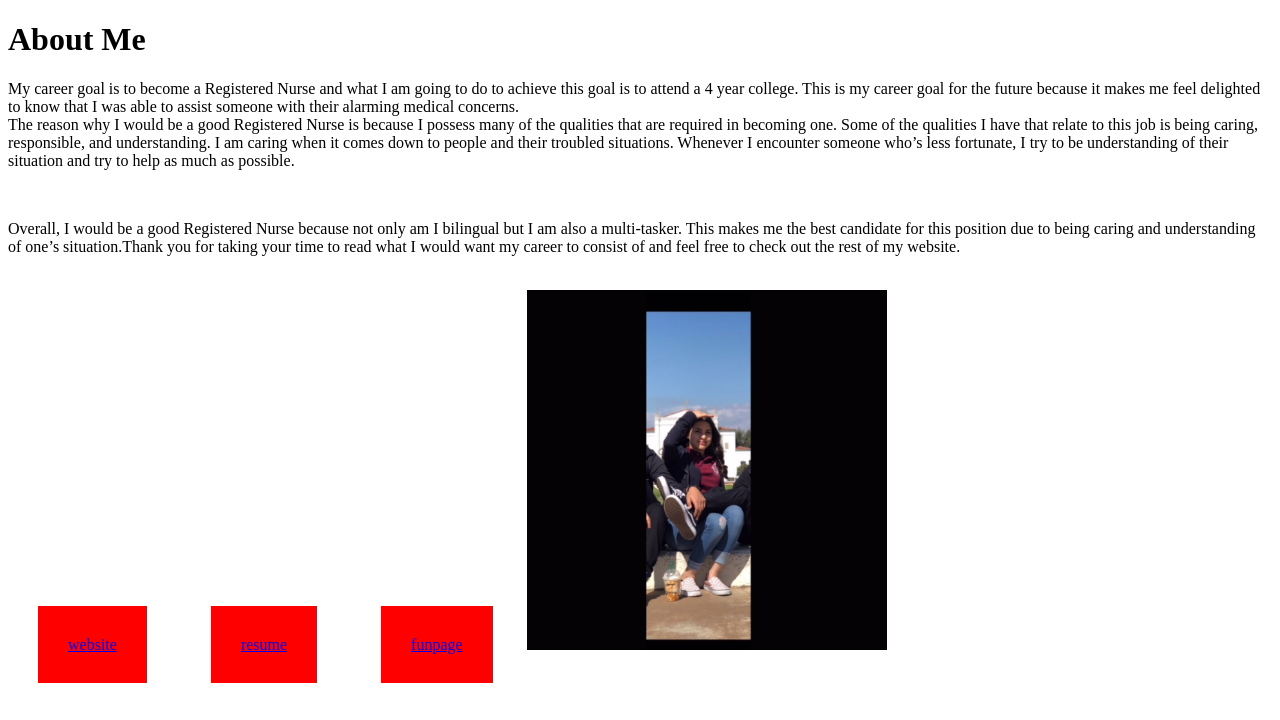
Repository: kasandrab/kasandrab.github.io
Page: aboutme.html
The author's editor kept a record of every edit. The page is drawn from the files as they stood at one moment, then again after the next edit.
The browser window is 1280 px wide. The pictures show the whole page.

Above is the page before.

After the next edit:
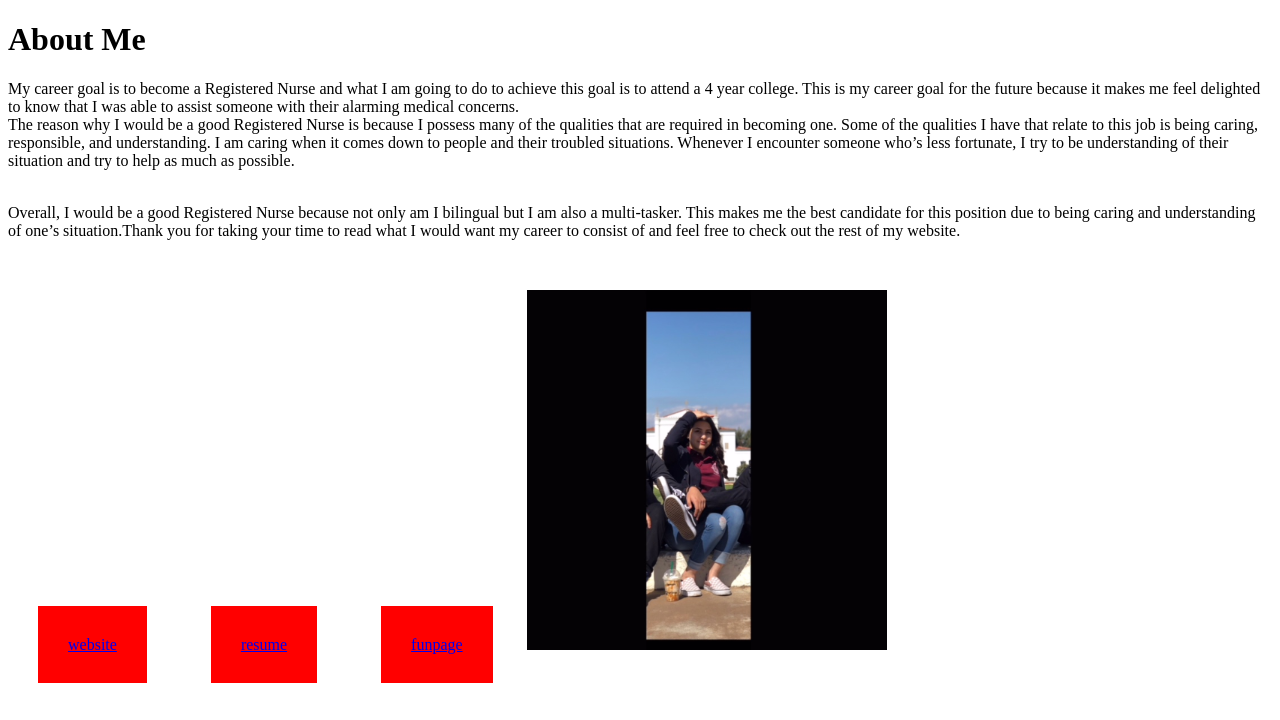
The edit:
--- a/aboutme.html
+++ b/aboutme.html
@@ -14,8 +14,9 @@
 The reason why I would be a good Registered Nurse is because I possess many of the qualities that are required in becoming one. Some of the qualities I have that relate to this job is being caring, responsible, and understanding. I am caring when it comes down to people and their troubled situations. Whenever I encounter someone who’s less fortunate, I try to be understanding of their situation and try to help as much as possible.</p><br>
 
 
-<p>Overall, I would be a good Registered Nurse because not only am I bilingual but I am also a multi-tasker. This makes me the best candidate for this position due to being caring and understanding of one’s situation.Thank you for taking your time to read what I would want my career to consist of and feel free to check out the rest of my website.</p><br>
+Overall, I would be a good Registered Nurse because not only am I bilingual but I am also a multi-tasker. This makes me the best candidate for this position due to being caring and understanding of one’s situation.Thank you for taking your time to read what I would want my career to consist of and feel free to check out the rest of my website.</p><br>
 
+</p>
 
 
     <a href="website.html"> website</a>
